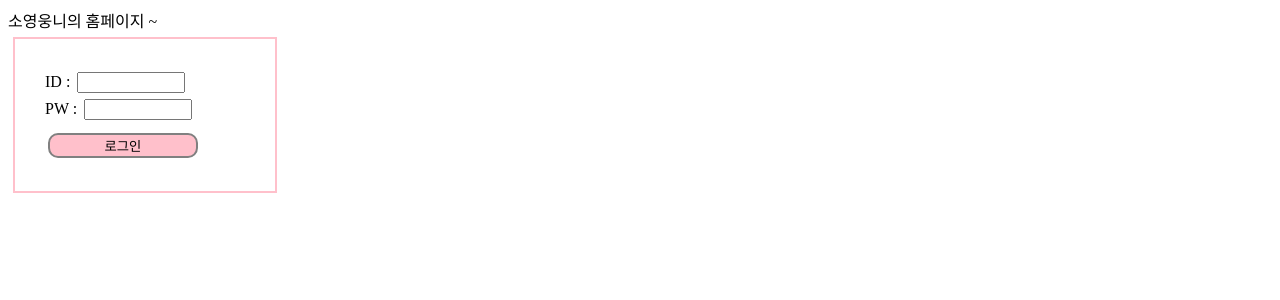
Repository: hyejux/jsp
Page: http://localhost/JSPBasic/response/res_02.jsp
An editor plug-in stored every save of this project. The page is shown before and after the next save, followed by the edit.
The browser window is 1280 px wide. The pictures show the whole page.
The page is served by Tomcat 10.

Above is the page before, as saved 2024-06-26 00:42:22.

After the next save:
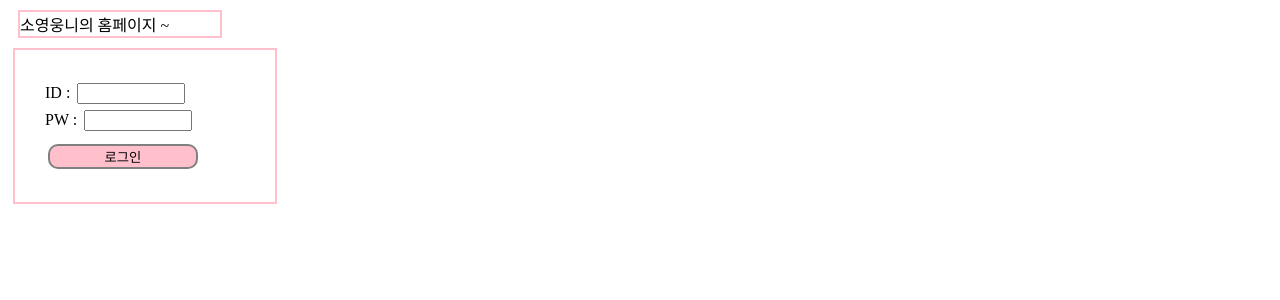
Saved 15 s later.
--- a/JSPBasic/src/main/webapp/response/res_02.jsp
+++ b/JSPBasic/src/main/webapp/response/res_02.jsp
@@ -10,6 +10,13 @@
 	body{
 		marign: 0 auto;
 	}
+
+	header{
+	width: 200px;
+	border : 2px solid pink;
+	margin: 10px;
+	}
+
 
 	form {
 	border : 2px solid pink;
